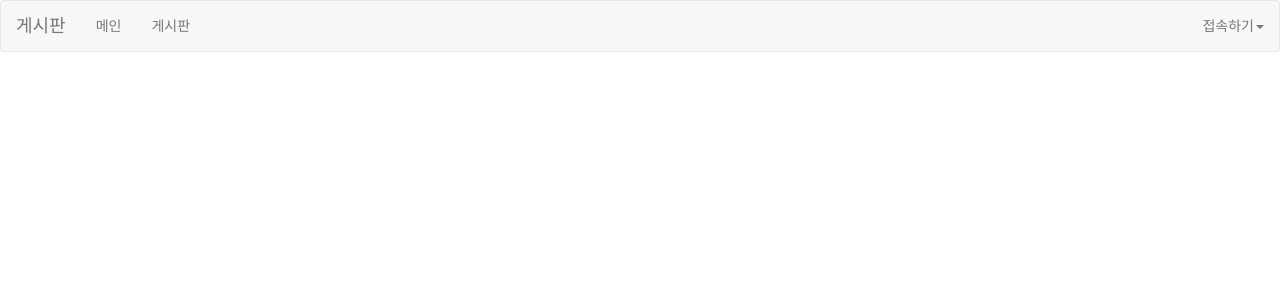
Repository: hojun324/myproject
Page: http://localhost/BBS/login.jsp
An editor plug-in stored every save of this project. The page is shown before and after the next save, followed by the edit.
The browser window is 1280 px wide. The pictures show the whole page.
Some web libraries are served in a nearby version. The page is served by Tomcat 9.

Above is the page before, as saved 2021-04-16 07:13:47.

After the next save:
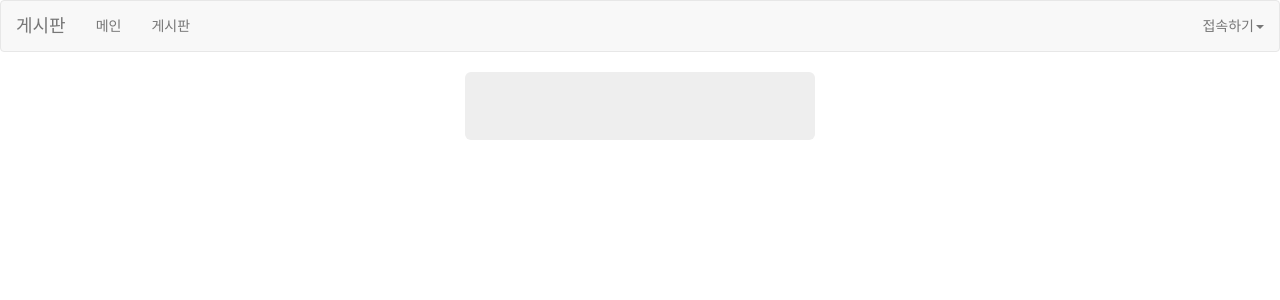
Saved 54 s later.
--- a/java/BBS/WebContent/login.jsp
+++ b/java/BBS/WebContent/login.jsp
@@ -39,7 +39,11 @@
 		</div>
 	</nav>
 	<div class="container">
-
+		<div class="col-lg-4"></div>
+		<div class="col-lg-4">
+			<div class="jumbotron" style="padding-top: 20px"></div>
+		</div>
+		<div class="col-lg-4"></div>
 	</div>
 	<script src="https://code.jquery.com/jquery-3.1.1.min.js"></script>
 	<script src="js/bootstrap.js"></script>
